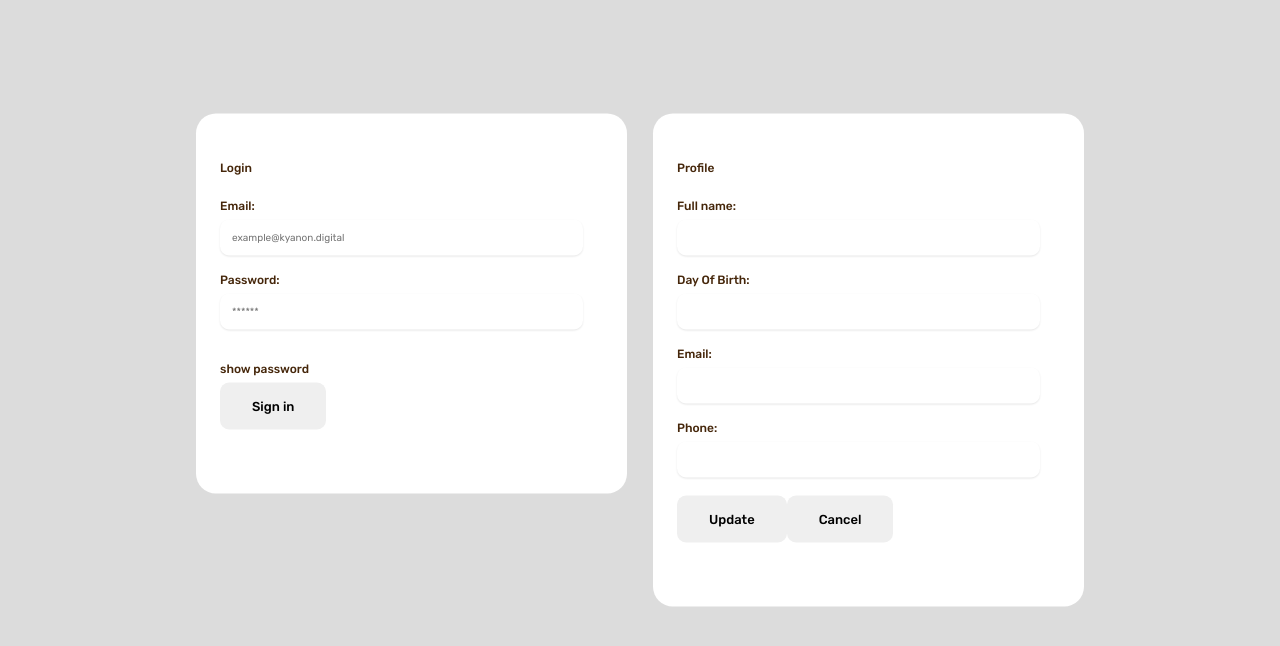
Repository: lethetiem/demon-test
Page: /
The author's editor kept a copy of each file at every save. The page is drawn from the files as they stood at one save, then again after the next save.
The browser window is 1280 px wide. The pictures show the whole page.
The project was rebuilt for these pictures with package versions that can differ from the ones it lists, and the page was loaded fresh each time.

Above is the page before, as saved 2023-03-15 14:13:49.

After the next save:
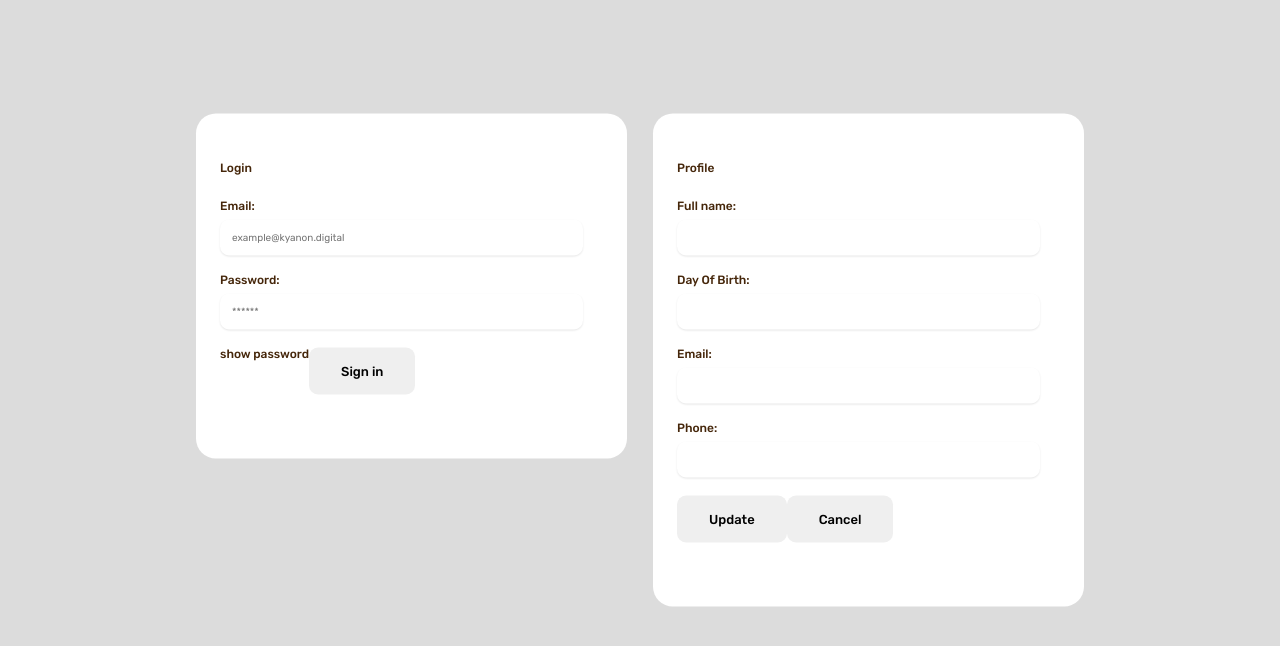
Saved 28 s later.
--- a/src/components/Login/login.css
+++ b/src/components/Login/login.css
@@ -5,3 +5,6 @@
 .checkbox-input {
   width: 0 !important;
 }
+.password-checkbox {
+  display: flex;
+}
